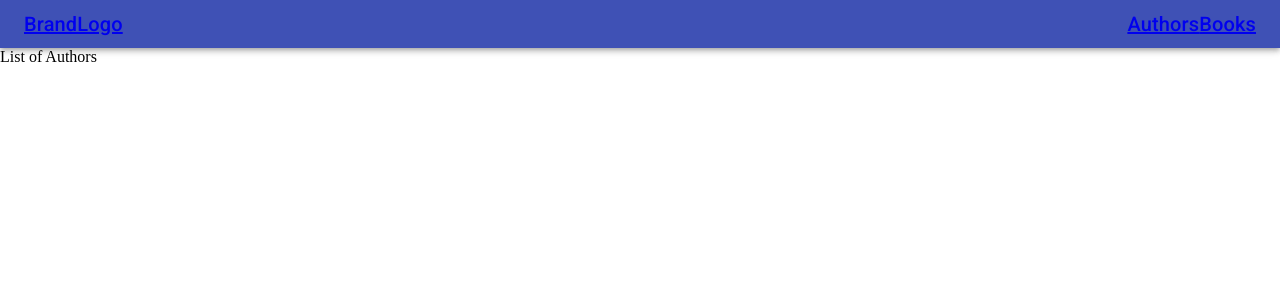
Repository: Sociophuck/00007494
Page: /authors (app in front/)
An editor plug-in stored every save of this project. The page is shown before and after a run of saves, followed by the edit.
The browser window is 1280 px wide. The pictures show the whole page.
The project was rebuilt for these pictures with package versions that can differ from the ones it lists, and the page was loaded fresh each time. Also part of the build but not shown: front/src/App.css, front/src/Book.js, front/src/Home.js.

Above is the page before, as saved 2021-04-04 11:06:23.

### front/src/index.css
body {
  margin: 0;
}

.header-links {
  display: flex;
}
.link {
  margin-left: 20px;
  text-decoration: none;
  color: white;
}
.link:hover {
  color: turquoise;
}

### front/src/App.js
import Author from "./Author";
import "./App.css";
import { BrowserRouter as Router, Route, Switch } from "react-router-dom";
import Book from "./Book";
import Home from "./Home";
import NavBar from "./NavBar";

function App() {
  return (
    <Router>
      <div className="App">
        <NavBar />
        <div>
          <Switch>
            <Route exact path="/">
              <Home />
            </Route>
            <Route path="/authors">
              <Author />
            </Route>
            <Route path="/books">
              <Book />
            </Route>
          </Switch>
        </div>
      </div>
    </Router>
  );
}

export default App;

### front/src/Author.js
function Author() {
  return <div>List of Authors</div>;
}

export default Author;

### front/src/NavBar.js
import { Link } from "react-router-dom";
import React from "react";
import { makeStyles } from "@material-ui/core/styles";
import AppBar from "@material-ui/core/AppBar";
import Toolbar from "@material-ui/core/Toolbar";
import Typography from "@material-ui/core/Typography";

const useStyles = makeStyles((theme) => ({
  root: {
    flexGrow: 1,
    color: "#ffffff",
  },
  logo: {
    flexGrow: 1,
  },
}));

function NavBar() {
  const classes = useStyles();

  return (
    <div className={classes.root}>
      <AppBar position="static">
        <Toolbar variant="dense">
          <Typography className={classes.logo} variant="h6">
            <Link to="/">BrandLogo </Link>
          </Typography>

          <div className="header-links">
            <Link to="/authors">
              <Typography variant="h6" color="inherit">
                Authors
              </Typography>
            </Link>
            <Link to="/books">
              <Typography variant="h6" color="inherit">
                Books
              </Typography>
            </Link>
          </div>
        </Toolbar>
      </AppBar>
    </div>
  );
}

export default NavBar;

Loaded but not shown: front/public/index.html (common file); front/src/index.js (common file)

After the next 2 saves:
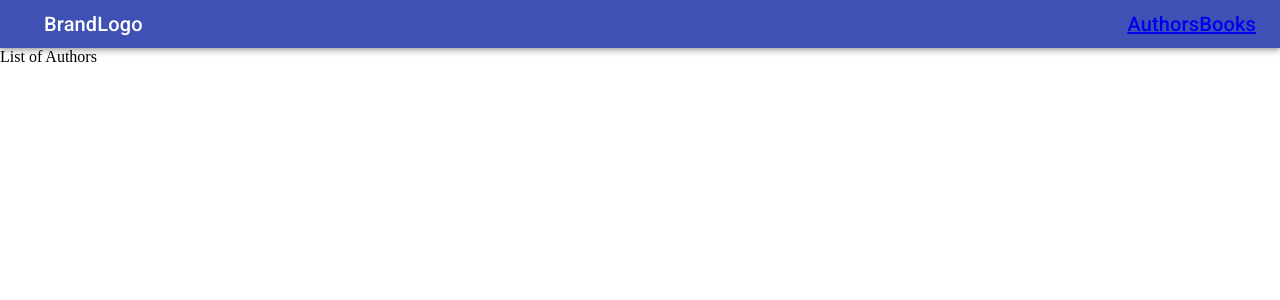
The 2 saves are shown as one change because they came seconds apart.
The last was saved 26 s later.
--- a/front/src/NavBar.js
+++ b/front/src/NavBar.js
@@ -8,7 +8,7 @@ import Typography from "@material-ui/core/Typography";
 const useStyles = makeStyles((theme) => ({
   root: {
     flexGrow: 1,
-    color: "#ffffff",
+    color: "",
   },
   logo: {
     flexGrow: 1,
@@ -23,7 +23,9 @@ function NavBar() {
       <AppBar position="static">
         <Toolbar variant="dense">
           <Typography className={classes.logo} variant="h6">
-            <Link to="/">BrandLogo </Link>
+            <Link to="/" className="link">
+              BrandLogo
+            </Link>
           </Typography>
 
           <div className="header-links">
